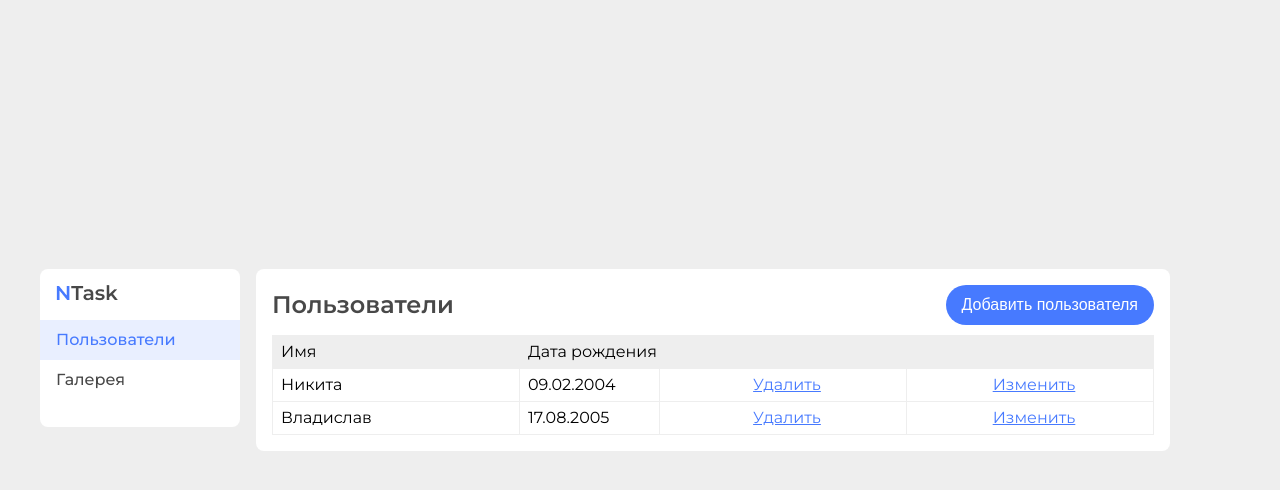
Repository: Grid-Master/NTask
Page: /gallery
An editor plug-in stored every save of this project. The page is shown before and after the next save, followed by the edit.
The browser window is 1280 px wide. The pictures show the whole page.
The project was rebuilt for these pictures with package versions that can differ from the ones it lists, and the page was loaded fresh each time. Also part of the build but not shown: src/components/gallery/gallery.sass, src/components/gallery/Gallery.tsx, src/components/updateUser/updateUser.sass, src/components/updateUser/UpdateUser.tsx.

Above is the page before, as saved 2023-06-09 19:37:13.

After the next save:
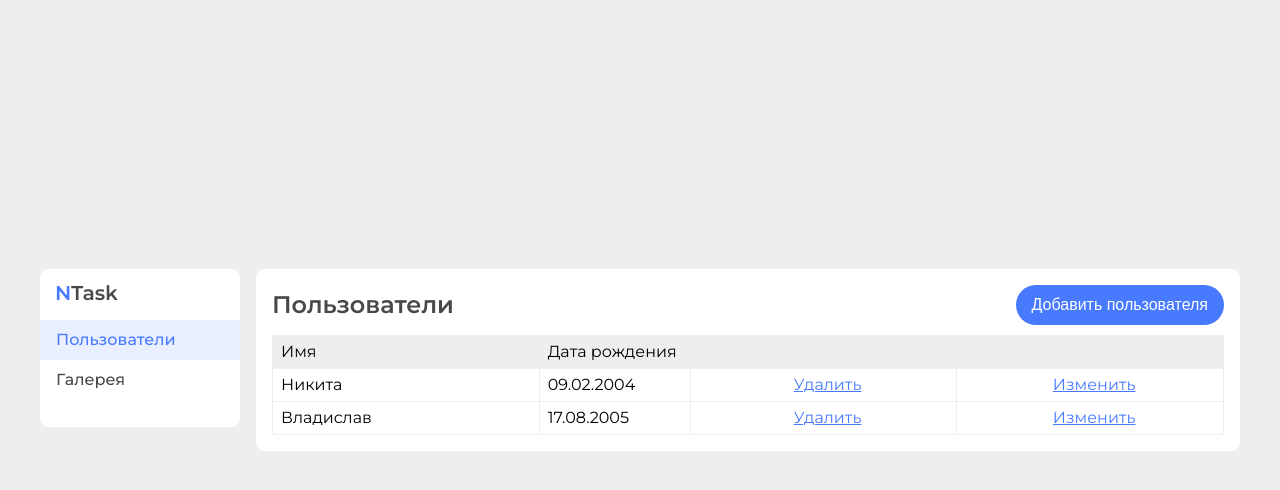
Saved 20 s later.
--- a/src/components/userList/userList.sass
+++ b/src/components/userList/userList.sass
@@ -28,7 +28,7 @@
             opacity: .8
     &__table
         margin-top: 10px
-        // width: 952px
+        width: 952px
         td
             border: 1px solid #EEEEEE
             width: 238px

After the save that followed:
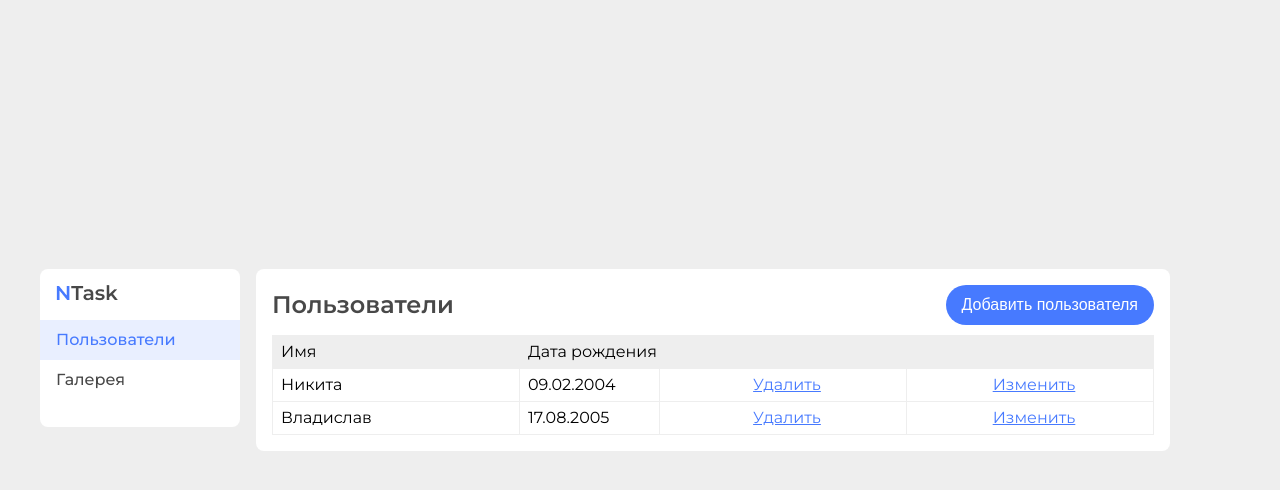
Saved 7 s later.
--- a/src/components/userList/userList.sass
+++ b/src/components/userList/userList.sass
@@ -28,7 +28,7 @@
             opacity: .8
     &__table
         margin-top: 10px
-        width: 952px
+        // width: 952px
         td
             border: 1px solid #EEEEEE
             width: 238px
